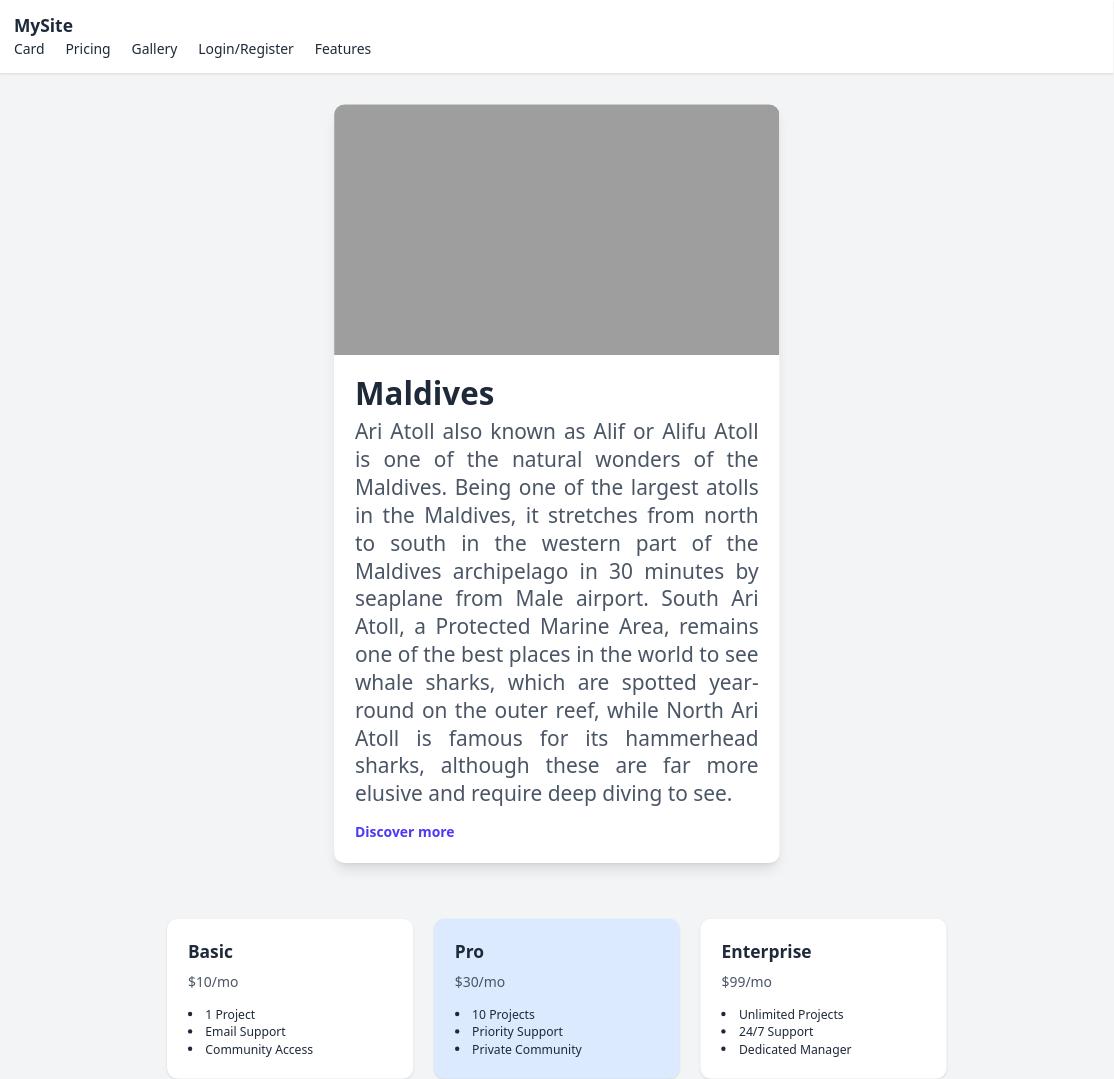
Repository: DinTri/TailwindInASimpleWebApp
Page: src/index.html
The author's editor kept a copy of each file at every save. The page is drawn from the files as they stood at one save, then again after the next save.
The browser window is 1280 px wide. The pictures show the whole page, at 87% of full size.
Pictures or frames that could not be fetched are drawn as grey boxes.

Above is the page before, as saved 2025-06-22 23:16:57.
Console error: TypeError: Cannot read properties of null (reading 'addEventListener')

### src/index.html
<!doctype html>
<html lang="en">
  <head>
    <meta charset="utf-8" />
    <meta http-equiv="X-UA-Compatible" content="IE=edge" />
    <title>Responsive card</title>
    <meta name="description" content="" />
    <meta name="viewport" content="width=device-width, initial-scale=1" />
    <link rel="stylesheet" href="./css/style.css" />
    <script src="./src/js/main.js"></script>
  </head>
  <body class="bg-gray-100 pt-20 text-gray-800">
    <nav
      class="fixed top-0 left-0 z-50 w-full bg-white p-4 shadow transition-shadow duration-300"
      id="navbar"
    >
      <div class="flex items-center justify-between">
        <div class="text-xl font-bold">MySite</div>
        <button id="navToggle" class="text-2xl md:hidden">☰</button>
      </div>
      <ul
        id="navLinks"
        class="mt-4 hidden flex-col gap-4 md:mt-0 md:flex md:flex-row md:gap-6"
      >
        <li><a href="#card" class="block hover:text-blue-600">Card</a></li>
        <li>
          <a href="#pricing" class="block hover:text-blue-600">Pricing</a>
        </li>
        <li>
          <a href="#gallery" class="block hover:text-blue-600">Gallery</a>
        </li>
        <li>
          <a href="#forms" class="block hover:text-blue-600">Login/Register</a>
        </li>
        <li>
          <a href="#features" class="block hover:text-blue-600">Features</a>
        </li>
      </ul>
    </nav>
    <section
      id="card"
      class="ld:max-w-xl mx-auto mt-10 max-w-sm overflow-hidden rounded-xl bg-white shadow-lg sm:max-w-md md:max-w-lg"
    >
      <img
        class="h-48 w-full object-cover sm:h-56 md:h-64 lg:h-72"
        src="https://pix6.agoda.net/hotelImages/7540268/0/a30c55b932f277ae29eabd2a6cc873db.jpg?s=1024x768"
        alt="Maldives"
      />
      <div class="p-6">
        <h2 class="mb-2 text-xl font-bold sm:text-2xl md:text-3xl lg:text-4xl">
          Maldives
        </h2>
        <p class="mt-2 mb-4 text-justify text-gray-600 sm:text-xl md:text-2xl">
          Ari Atoll also known as Alif or Alifu Atoll is one of the natural
          wonders of the Maldives. Being one of the largest atolls in the
          Maldives, it stretches from north to south in the western part of the
          Maldives archipelago in 30 minutes by seaplane from Male airport.
          South Ari Atoll, a Protected Marine Area, remains one of the best
          places in the world to see whale sharks, which are spotted year-round
          on the outer reef, while North Ari Atoll is famous for its hammerhead
          sharks, although these are far more elusive and require deep diving to
          see.
        </p>
        <a href="#" class="font-semibold text-indigo-600 hover:text-indigo-700"
          >Discover more</a
        >
      </div>
    </section>
    <section
      id="pricing"
      class="mx-auto mt-16 grid max-w-4xl grid-cols-1 gap-6 md:grid-cols-3"
    >
      <div class="rounded-xl bg-white p-6 shadow">
        <h3 class="text-xl font-bold">Basic</h3>
        <p class="mt-2 text-gray-600">$10/mo</p>
        <ul class="mt-4 list-inside list-disc text-sm">
          <li>1 Project</li>
          <li>Email Support</li>
          <li>Community Access</li>
        </ul>
      </div>
      <div class="rounded-xl bg-blue-100 p-6 shadow">
        <h3 class="text-xl font-bold">Pro</h3>
        <p class="mt-2 text-gray-600">$30/mo</p>
        <ul class="mt-4 list-inside list-disc text-sm">
          <li>10 Projects</li>
          <li>Priority Support</li>
          <li>Private Community</li>
        </ul>
      </div>
      <div class="rounded-xl bg-white p-6 shadow">
        <h3 class="text-xl font-bold">Enterprise</h3>
        <p class="mt-2 text-gray-600">$99/mo</p>
        <ul class="mt-4 list-inside list-disc text-sm">
          <li>Unlimited Projects</li>
          <li>24/7 Support</li>
          <li>Dedicated Manager</li>
        </ul>
      </div>
    </section>
  </body>
</html>

Loaded but not shown: src/js/main.js (44 lines, source omitted); src/css/style.css (1690 lines, source omitted)

After the next save:
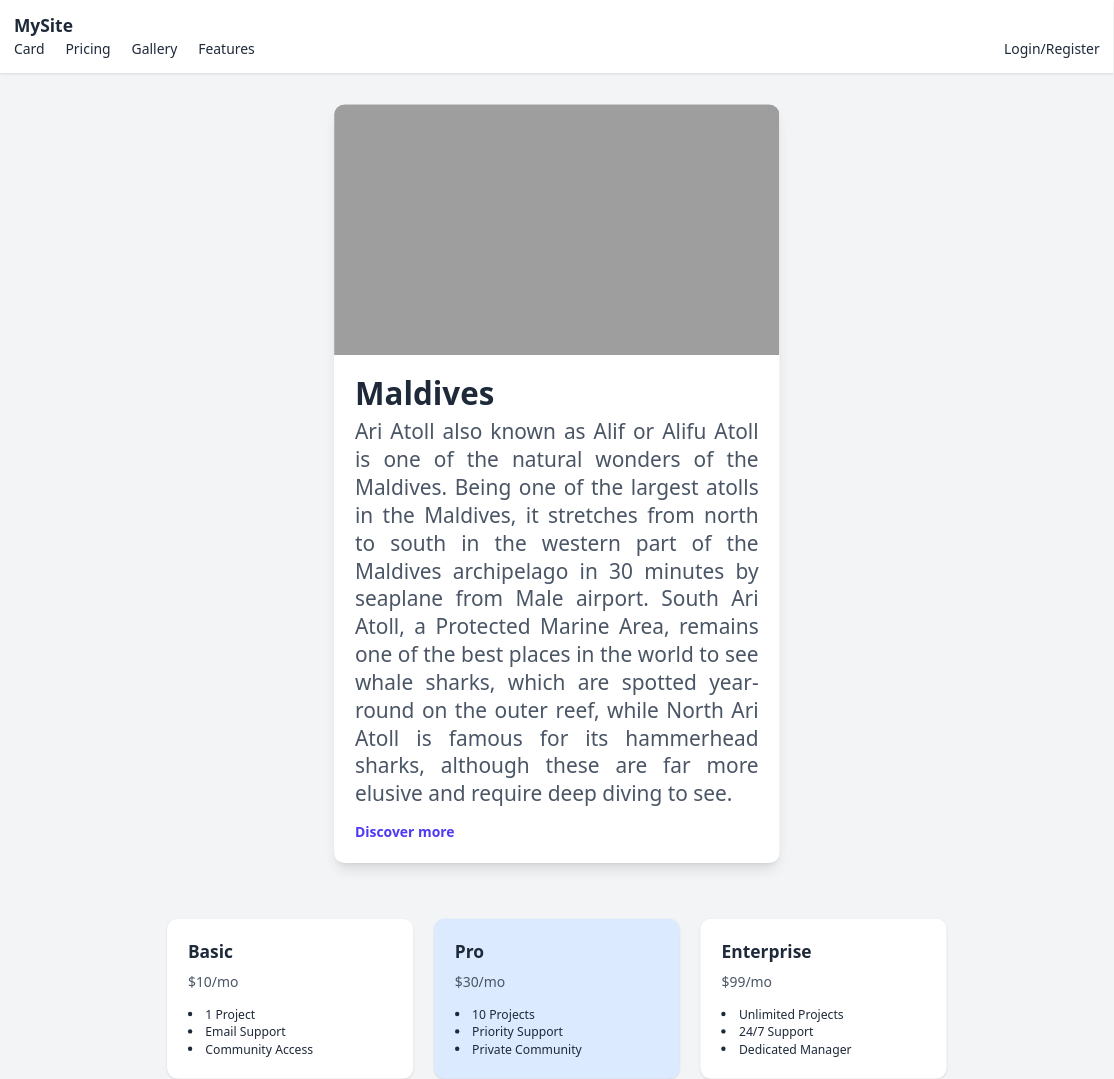
Saved 117 s later.
--- a/src/index.html
+++ b/src/index.html
@@ -18,24 +18,32 @@
         <div class="text-xl font-bold">MySite</div>
         <button id="navToggle" class="text-2xl md:hidden">☰</button>
       </div>
-      <ul
-        id="navLinks"
-        class="mt-4 hidden flex-col gap-4 md:mt-0 md:flex md:flex-row md:gap-6"
+      <div
+        class="mt-4 w-full justify-center md:mt-0 md:flex md:items-center md:space-x-8"
       >
-        <li><a href="#card" class="block hover:text-blue-600">Card</a></li>
-        <li>
-          <a href="#pricing" class="block hover:text-blue-600">Pricing</a>
-        </li>
-        <li>
-          <a href="#gallery" class="block hover:text-blue-600">Gallery</a>
-        </li>
-        <li>
-          <a href="#forms" class="block hover:text-blue-600">Login/Register</a>
-        </li>
-        <li>
-          <a href="#features" class="block hover:text-blue-600">Features</a>
-        </li>
-      </ul>
+        <ul
+          id="navLinks"
+          class="flex hidden flex-col items-center gap-2 md:flex md:flex-row md:gap-6"
+        >
+          <li><a href="#card" class="block hover:text-blue-600">Card</a></li>
+          <li>
+            <a href="#pricing" class="block hover:text-blue-600">Pricing</a>
+          </li>
+          <li>
+            <a href="#gallery" class="block hover:text-blue-600">Gallery</a>
+          </li>
+          <li>
+            <a href="#features" class="block hover:text-blue-600">Features</a>
+          </li>
+        </ul>
+        <ul class="ml-4 flex justify-end gap-4 md:ml-auto md:flex-row md:gap-6">
+          <li>
+            <a href="#forms" class="block hover:text-blue-600"
+              >Login/Register</a
+            >
+          </li>
+        </ul>
+      </div>
     </nav>
     <section
       id="card"
